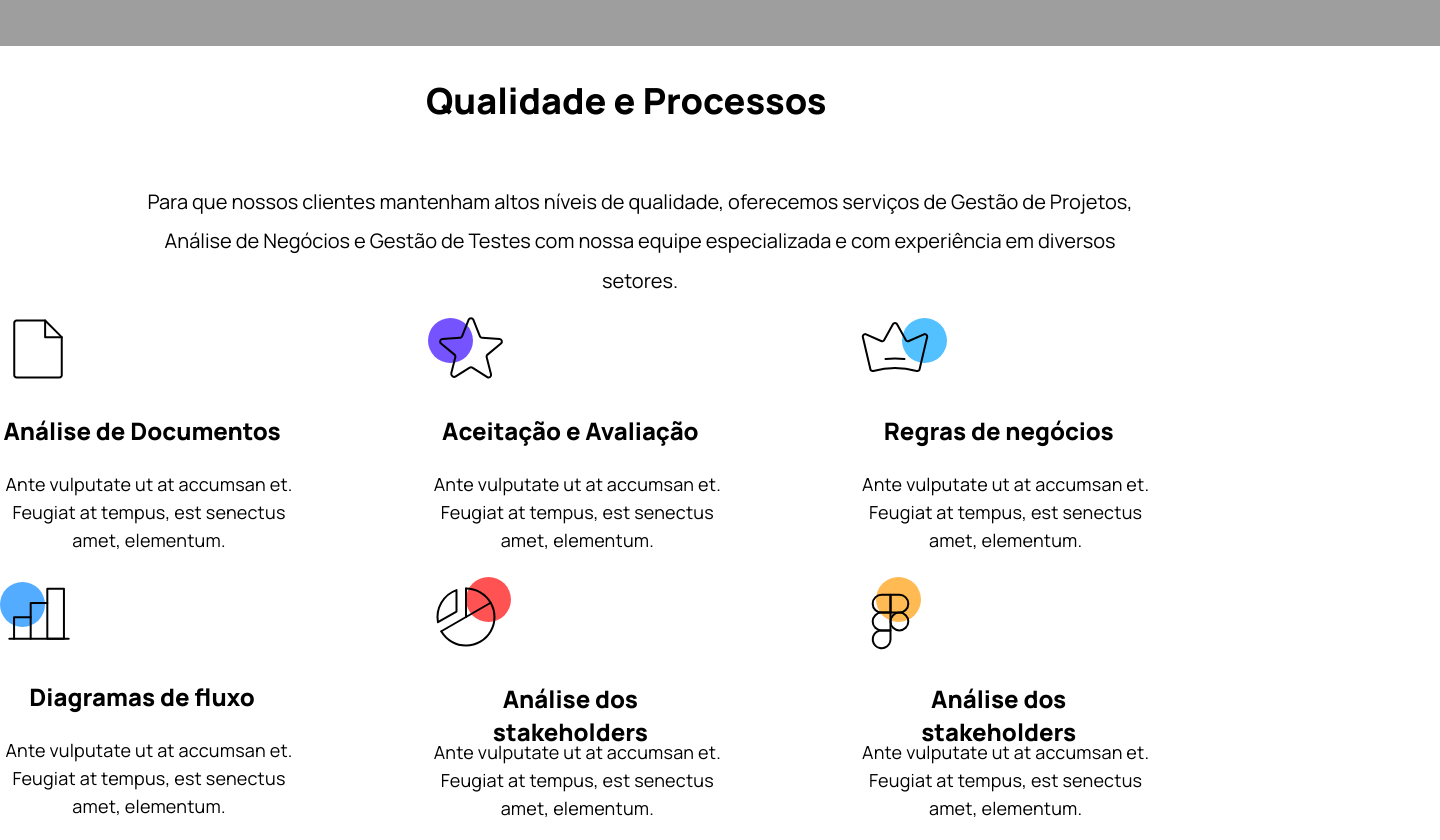
Repository: kleber-goncalves/Landing-Page-Gestao-de-projetos-dnc
Page: index.html
The author's editor kept a copy of each file at every save. The page is drawn from the files as they stood at one save, then again after a run of saves.
The browser window is 1280 px wide. The page is 1440 px wide, so the pictures cover 1440 px, including what lies to the right of the window. The pictures show the part of the page from y = 708 to 1548 px (the page is 1548 px tall).
Pictures or frames that could not be fetched are drawn as grey boxes.

Above is the page before, as saved 2025-01-04 16:36:16.

### index.html
<!DOCTYPE html>
<html lang="pt-br">
<head>
    <meta charset="UTF-8">
    <meta name="viewport" content="width=device-width, initial-scale=1.0">
    <link rel="stylesheet" href="style.css">
    <link rel="preconnect" href="https://fonts.googleapis.com">
    <link rel="preconnect" href="https://fonts.gstatic.com" crossorigin>
    <link href="https://fonts.googleapis.com/css2?family=Manrope:wght@200..800&display=swap" rel="stylesheet">
    <title>Document</title>
</head>
<body>
    <main>
        <section id="topo" >
            <div id="elemnt-topo">
                <h1>Transformando em produtos digitais</h1>
                <p>Para que nossos clientes mantenham altos níveis de qualidade, oferecemos serviços de gestão de projetos e análise de negócios com nossa equipe especializada em diversos setores.</p>
            </div>
        </section>
        <section id="meio">
            <div id="txts-meio" >

                <h2>Qualidade e Processos</h2>
                <p>
                    Para que nossos clientes mantenham altos níveis de qualidade, oferecemos serviços de Gestão de Projetos, Análise de Negócios e Gestão de Testes com nossa equipe especializada e com experiência em diversos setores.
                </p>

            </div>






            <div id="icons-meio" >

                <div id="icons-documento">
                    <img class="img-icons" src="/img/icons-meio.img/document.svg" alt="document.svg">
                    <p class="txt-icons">Análise de Documentos</p>
                    <p class="sub-icons">Ante vulputate ut at accumsan et. Feugiat at tempus, est senectus amet, elementum.</p>
                </div>
                <div id="icons-estrela">
                    <img class="img-icons" src="/img/icons-meio.img/estrela.svg" alt="estrela.svg">
                    <p class="txt-icons">Aceitação e Avaliação</p>
                    <p class="sub-icons">Ante vulputate ut at accumsan et. Feugiat at tempus, est senectus amet, elementum.</p>
                </div>
                <div id="icons-coroa">
                    <img class="img-icons" src="/img/icons-meio.img/coroa.svg" alt="coroa.svg">
                    <p class="txt-icons">Regras de negócios</p>
                    <p class="sub-icons">Ante vulputate ut at accumsan et. Feugiat at tempus, est senectus amet, elementum.</p>
                </div>
                <div id="icons-fluxos">
                    <img class="img-icons" src="/img/icons-meio.img/fluxo.svg" alt="fluxo.svg">
                    <p class="txt-icons">Diagramas de fluxo</p>
                    <p class="sub-icons">Ante vulputate ut at accumsan et. Feugiat at tempus, est senectus amet, elementum.</p>
                </div>
                <div id="icons-bola">
                    <img class="img-icons" src="/img/icons-meio.img/bola.svg" alt="bola.svg">
                    <p class="txt-icons">Análise dos stakeholders</p>
                    <p class="sub-icons">Ante vulputate ut at accumsan et. Feugiat at tempus, est senectus amet, elementum.</p>
                </div>
                <div id="icons-figma">
                    <img class="img-icons" src="/img/icons-meio.img/figma.svg" alt="figma.svg">
                    <p class="txt-icons">Análise dos stakeholders</p>
                    <p class="sub-icons">Ante vulputate ut at accumsan et. Feugiat at tempus, est senectus amet, elementum.</p>
                </div>


            </div>

        </section>
    </main>
</body>
</html>

### style.css
body {
    margin: 0;
    font-size: 16px;
    box-sizing: border-box;
}





#topo {
    width:  1440px;
    height:  754px;
    background-image: url(/img/topo-fundo.svg);
    background-size: cover;
    background-repeat: no-repeat;
    display:flex ;
    flex-direction: column;
    justify-items: flex-start;
}

#topo > #elemnt-topo {
    margin-left: 121px;
    margin-top: 236px;
}

#elemnt-topo > h1 {
    width: 665px;
    height: 164px;
    font-family: "Manrope", serif;
    font-size: 64px;
    font-weight: 800;
    color: black;
}

#elemnt-topo > p {
    font-family: "Manrope", serif;
    width:  650px;
    height: 99px;
    font-family: Manrope;
    font-size: 20px;
    font-weight: 400;
}








#txts-meio {
    display: flex;
    flex-direction: column;
    align-items: center;
}

#txts-meio > h2 {
    width: 428px;
    height: 56px;
    color: black;
    font-family: "Manrope", serif;
    font-size: 36px;
    font-weight: 800;
    line-height: 49.18px;
}


#txts-meio > p {
    width:  994px;
    height:  109px;
    color: black;
    font-family: "Manrope", serif;
    font-size: 20px;
    font-weight: 400;
    line-height: 39.5px;
    text-align: center;
}




#icons-meio {
    display: grid;
    grid-template-columns: repeat(3, 1fr);
    gap: 5px;
}

.txt-icons {
    width:  284px;
    height:  31px;
    font-family: "Manrope", serif;
    font-size: 24px;
    font-weight: 800;
    line-height: 32.78px;
    text-align: center;
}

.sub-icons {
    width:  298px;
    height:  84px;
    font-family: Manrope;
    font-size: 18px;
    font-weight: 400;
    line-height: 28px;
    letter-spacing: 0.20000004768371582px;
    text-align: center;
    text-underline-position: from-font;
    text-decoration-skip-ink: none;

}

After the next 2 saves:
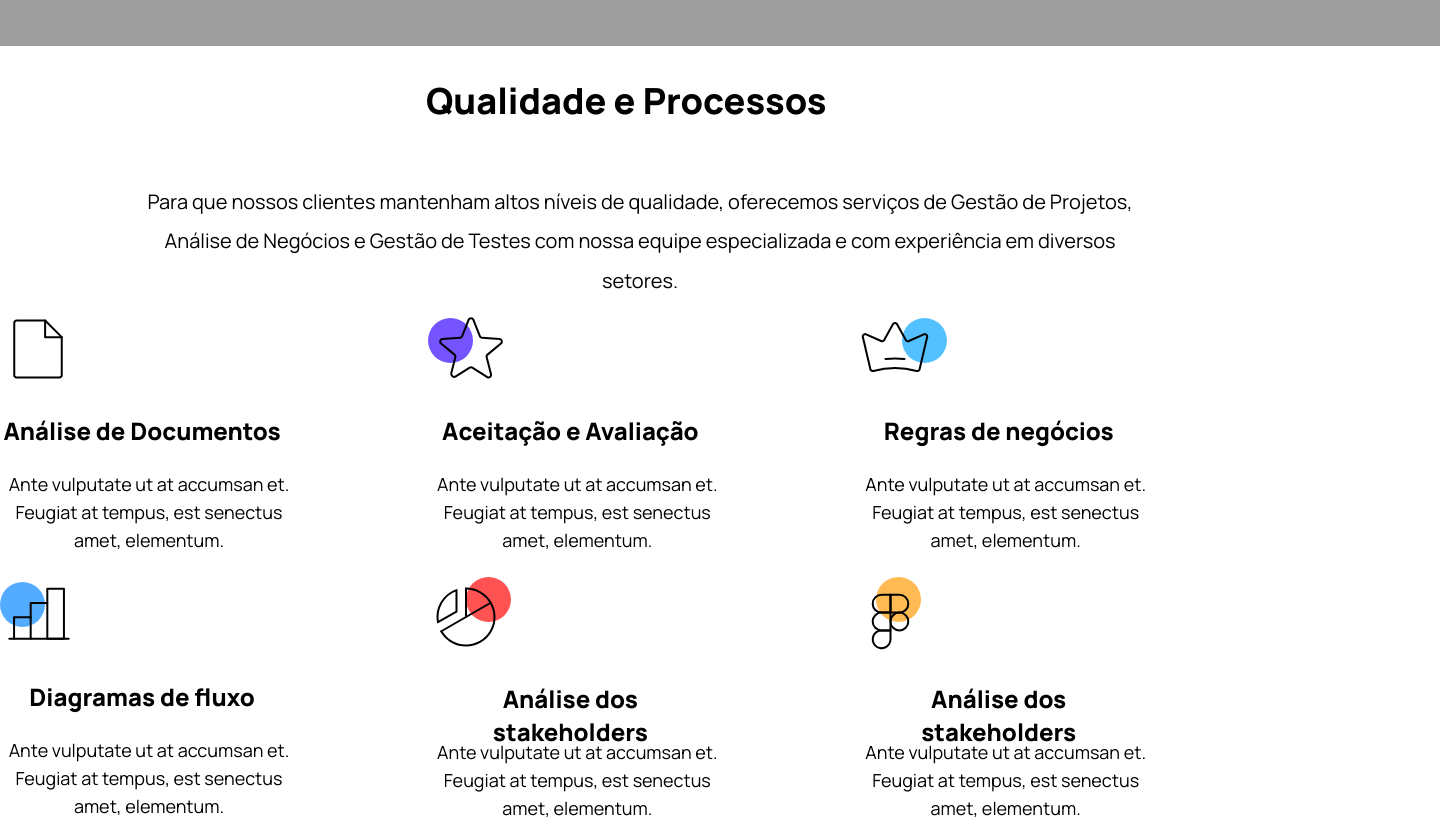
The 2 saves are shown as one change because they came seconds apart.
The last was saved 10 s later.
--- a/style.css
+++ b/style.css
@@ -103,9 +103,5 @@ body {
     font-size: 18px;
     font-weight: 400;
     line-height: 28px;
-    letter-spacing: 0.20000004768371582px;
     text-align: center;
-    text-underline-position: from-font;
-    text-decoration-skip-ink: none;
-
 }
